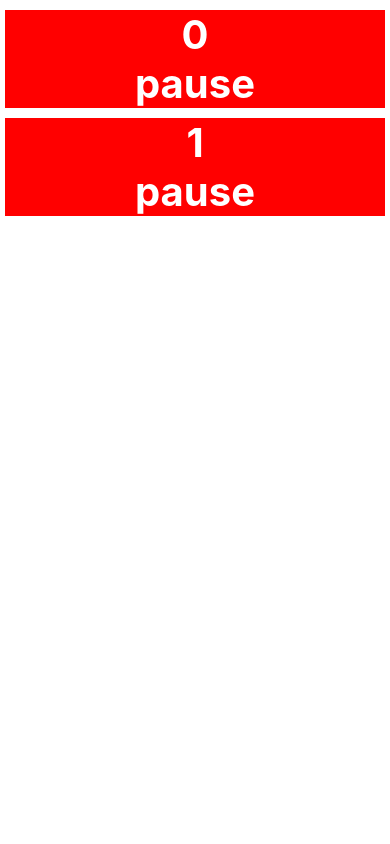
Repository: asnaeb1-dev/Video-List-Test
Screen: /
These files come from the project's save history. The screen is drawn as it stood at one moment and after the next save; the edit follows.
The app was drawn by React Native's web renderer in a window 390 px wide. The project was rebuilt for these pictures with package versions that can differ from the ones it lists, and the page was loaded fresh each time.

Above is the screen before, as saved 2020-08-08 14:58:14.

### App.js
import React,{Component} from 'react';
import {View, StyleSheet, FlatList, Text, Dimensions} from 'react-native'
import ListItem from './src/Components/ListItem'

export default class App extends Component{
  constructor(props){
    super(props)
    this.state={
      PREV_VALUE: 0,
      screenHeight: Dimensions.get('window').height,
      playVideo: false,
      list: [
        {
          id: 0,
          isVisible: false,
        }
        ,{
           id: 1,
           isVisible: false,
        }
        //,{
        //   id: 2,
        //   isVisible: false,
        // },{
        //   id: 3,
        //   isVisible: false,
        // },{
        //   id: 4,
        //   isVisible: false,
        // },{
        //   id: 5,
        //   isVisible: false,
        // },{
        //   id: 6,
        //   isVisible: false,
        // },{
        //   id: 7,
        //   isVisible: false,
        // },{
        //   id: 8,
        //   isVisible: false,
        // },{
        //   id: 9,
        //   isVisible: false,
        // },{
        //   id: 10,
        //   isVisible: false,
        // },{
        //   id: 11,
        //   isVisible: false,
        // },{
        //   id: 12,
        //   isVisible: false,
        // },{
        //   id: 13,
        //   isVisible: false,
        // },{
        //   id: 14,
        //   isVisible: false,
        // }
      ]
    }
  }

  onViewableItemsChanged = ({viewableItems, changed}) => {
    changed.forEach((item, index) => {
      this.setState({
      })
    })
  }

  sendLayout = (e) => {
    console.log(e);
    // console.log("starting point===> " + e.y);
    // const end = e.y + e.height
    // console.log('ending point===> '+end)
  }


  handleScroll = (presentValue) => {
    //movement is down
    const prevValue = this.state.PREV_VALUE;
    if(presentValue - prevValue > 0){
      if(presentValue - prevValue <= 15){
          this.setState({playVideo: true})
      }else{
        this.setState({playVideo: false})
      }
    }else{
      //movement is up
      if(Math.abs(presentValue - prevValue) <= 15 ){
          this.setState({playVideo: true})
      }else{
        this.setState({playVideo: false})
      }
    }
    this.setState({PREV_VALUE: presentValue});
  }

  render(){
    return(
      <View style={{flex: 1, margin: 5}}>
        <FlatList
          data={this.state.list}
          renderItem = {({item}) => <ListItem isVisible={true} _id={item.id} playVideo={this.state.playVideo} height={this.state.screenHeight/3} sendLayout={this.sendLayout.bind(this)}/>}
          windowSize= {5}
          onViewableItemsChanged={this.onViewableItemsChanged}
          onScroll={(e) => this.handleScroll(e.nativeEvent.contentOffset.y)}
        />
      </View>
    )
  }
}

### src/Components/ListItem.js
import React, { Component } from 'react';
import { View, TouchableOpacity, Text } from 'react-native';

export default class ListItem extends Component{
    render(){
        return(
            <TouchableOpacity
                onLayout={(e) => this.props.sendLayout(e.nativeEvent.layout)}
            style={  !this.props.playVideo?
                {flex: 1,height: this.props.height, backgroundColor: 'red', marginVertical: 5, justifyContent: 'center', alignItems: 'center'}:
                {flex: 1,height: this.props.height, backgroundColor: 'blue', marginVertical: 5, justifyContent: 'center', alignItems: 'center'}
            }>
                <Text style={{color: '#fff', fontSize: 40, fontWeight: 'bold'}}>{this.props._id}</Text>
                <Text style={{color: '#fff', fontSize: 40, fontWeight: 'bold'}}>{this.props.playVideo? 'play':'pause'}</Text>
            </TouchableOpacity>
        )
    }
}

After the next save:
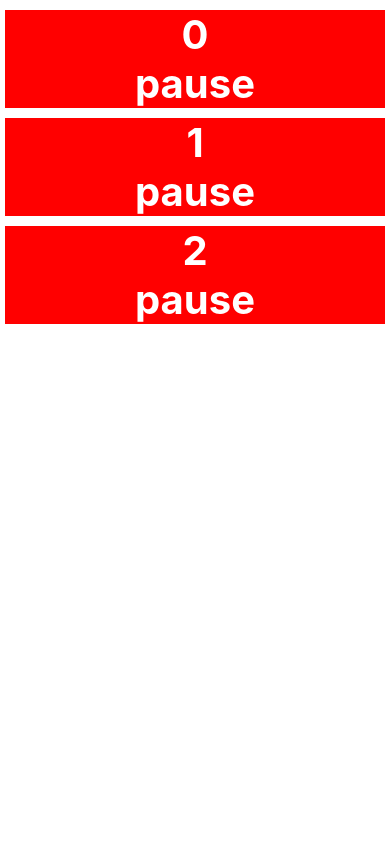
Saved 2 min 29 s later.
--- a/App.js
+++ b/App.js
@@ -18,10 +18,11 @@ export default class App extends Component{
            id: 1,
            isVisible: false,
         }
-        //,{
-        //   id: 2,
-        //   isVisible: false,
-        // },{
+        ,{
+          id: 2,
+          isVisible: false,
+        },
+        //{
         //   id: 3,
         //   isVisible: false,
         // },{
